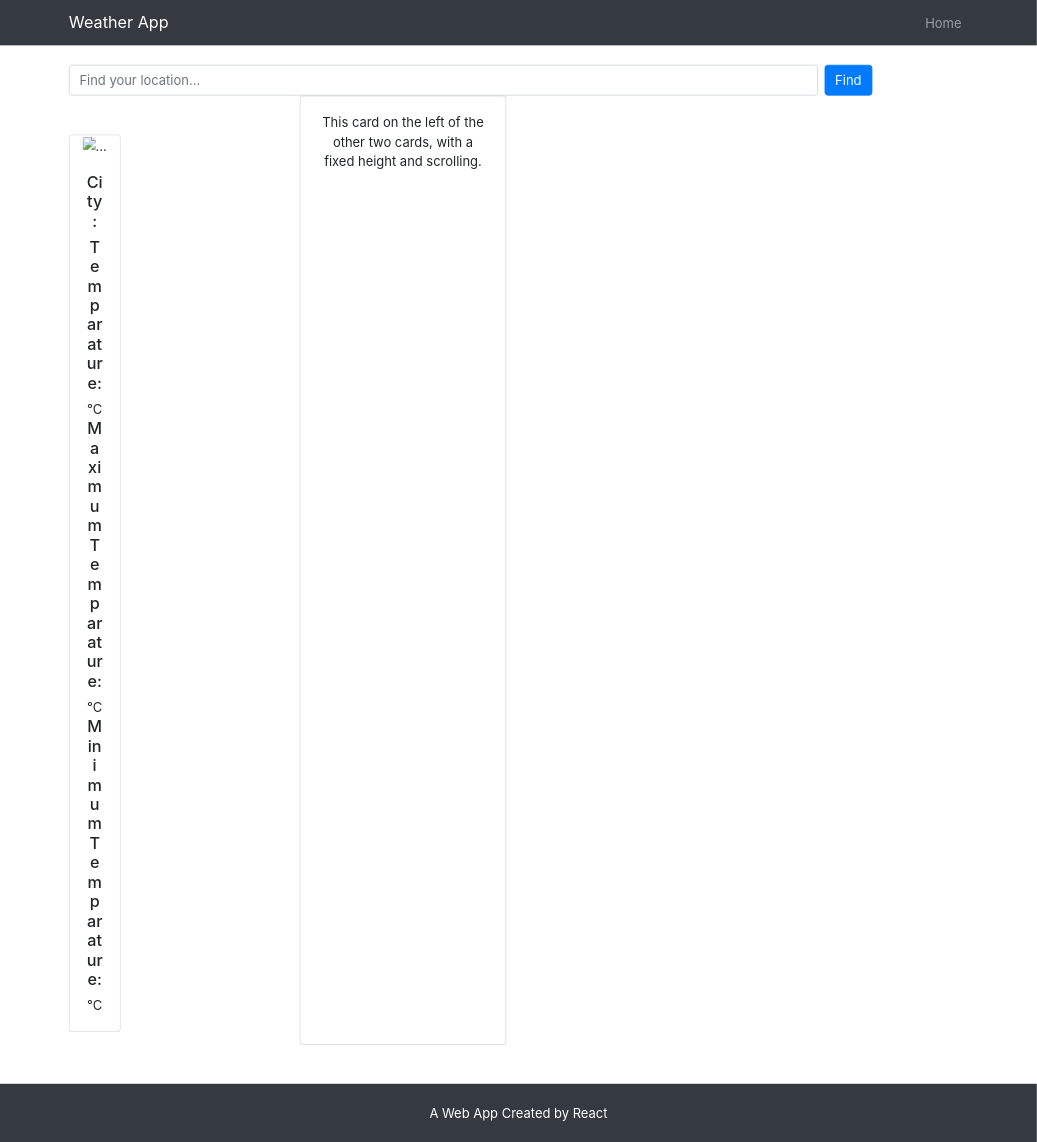
Repository: smk87/weather-app-react
Page: /
An editor plug-in stored every save of this project. The page is shown before and after the next save, followed by the edit.
The browser window is 1280 px wide. The pictures show the whole page, at 81% of full size.
The page's requests for data from a server got no answer. Some web libraries are served in a nearby version. The project was rebuilt for these pictures with package versions that can differ from the ones it lists, and the page was loaded fresh each time. A package was used in the major version that the imports need, not the one package.json lists. No one was signed in, and anything a server would have sent is missing.

Above is the page before, as saved 2019-02-06 18:02:49.

### public/index.html
<!DOCTYPE html>
<html lang="en">
  <head>
    <meta charset="utf-8" />
    <link rel="shortcut icon" href="%PUBLIC_URL%/favicon.ico" />
    <meta
      name="viewport"
      content="width=device-width, initial-scale=1, shrink-to-fit=no"
    />
    <meta name="theme-color" content="#000000" />
    <!--
      manifest.json provides metadata used when your web app is added to the
      homescreen on Android. See https://developers.google.com/web/fundamentals/web-app-manifest/
    -->
    <link rel="manifest" href="%PUBLIC_URL%/manifest.json" />
    <link
      rel="stylesheet"
      href="https://stackpath.bootstrapcdn.com/bootstrap/4.2.1/css/bootstrap.min.css"
      integrity="sha384-GJzZqFGwb1QTTN6wy59ffF1BuGJpLSa9DkKMp0DgiMDm4iYMj70gZWKYbI706tWS"
      crossorigin="anonymous"
    />
    <script
      defer
      src="https://use.fontawesome.com/releases/v5.6.3/js/all.js"
      integrity="sha384-EIHISlAOj4zgYieurP0SdoiBYfGJKkgWedPHH4jCzpCXLmzVsw1ouK59MuUtP4a1"
      crossorigin="anonymous"
    ></script>
    <!--
      Notice the use of %PUBLIC_URL% in the tags above.
      It will be replaced with the URL of the `public` folder during the build.
      Only files inside the `public` folder can be referenced from the HTML.

      Unlike "/favicon.ico" or "favicon.ico", "%PUBLIC_URL%/favicon.ico" will
      work correctly both with client-side routing and a non-root public URL.
      Learn how to configure a non-root public URL by running `npm run build`.
    -->
    <title>React App</title>
  </head>
  <body>
    <noscript>You need to enable JavaScript to run this app.</noscript>
    <div id="root"></div>
    <!--
      This HTML file is a template.
      If you open it directly in the browser, you will see an empty page.

      You can add webfonts, meta tags, or analytics to this file.
      The build step will place the bundled scripts into the <body> tag.

      To begin the development, run `npm start` or `yarn start`.
      To create a production bundle, use `npm run build` or `yarn build`.
    -->

    <script
      src="https://code.jquery.com/jquery-3.3.1.slim.min.js"
      integrity="sha384-q8i/X+965DzO0rT7abK41JStQIAqVgRVzpbzo5smXKp4YfRvH+8abtTE1Pi6jizo"
      crossorigin="anonymous"
    ></script>
    <script
      src="https://cdnjs.cloudflare.com/ajax/libs/popper.js/1.14.6/umd/popper.min.js"
      integrity="sha384-wHAiFfRlMFy6i5SRaxvfOCifBUQy1xHdJ/yoi7FRNXMRBu5WHdZYu1hA6ZOblgut"
      crossorigin="anonymous"
    ></script>
    <script
      src="https://stackpath.bootstrapcdn.com/bootstrap/4.2.1/js/bootstrap.min.js"
      integrity="sha384-B0UglyR+jN6CkvvICOB2joaf5I4l3gm9GU6Hc1og6Ls7i6U/mkkaduKaBhlAXv9k"
      crossorigin="anonymous"
    ></script>
  </body>
</html>

### src/App.js
import React, { Component } from "react";
import { BrowserRouter as Router, Route, Switch } from "react-router-dom";
import logo from "./logo.svg";
import "./App.css";

//Import Layout Components
import NavBar from "./components/NavBar";
import Footer from "./components/Footer";
import Home from "./components/Home";

class App extends Component {
  render() {
    return (
      <Router>
        <div className="App">
          <NavBar />
          <Route exact path="/" component={Home} />
          <Footer />
        </div>
      </Router>
    );
  }
}

export default App;

### src/components/NavBar.js
import React, { Component } from "react";
import { Link } from "react-router-dom";

export default class NavBar extends Component {
  render() {
    return (
      <div>
        <nav className="navbar navbar-expand-sm navbar-dark bg-dark mb-4">
          <div className="container">
            <Link className="navbar-brand" to="/">
              Weather App
            </Link>
            <button
              className="navbar-toggler"
              type="button"
              data-toggle="collapse"
              data-target="#mobile-nav"
            >
              <span className="navbar-toggler-icon" />
            </button>

            <div className="collapse navbar-collapse" id="mobile-nav">
              <ul className="navbar-nav mr-auto" />
              <ul className="navbar-nav ml-auto">
                <li className="nav-item">
                  <Link className="nav-link" to="/">
                    Home
                  </Link>
                </li>
              </ul>
            </div>
          </div>
        </nav>
      </div>
    );
  }
}

### src/components/Footer.js
import React from "react";

export default function Footer() {
  return (
    <footer className="bg-dark text-white mt-5 p-4 text-center">
      A Web App Created by React
    </footer>
  );
}

### src/components/Home.js
import React, { Component } from "react";
import { Link } from "react-router-dom";
import Weather from "./Weather";

export default class Home extends Component {
  constructor() {
    super();

    this.state = {
      search: ""
    };
  }
  onChange = e => {
    this.setState({
      [e.target.name]: e.target.value
    });
  };
  onSubmit = e => {
    e.preventDefault();
    console.log(this.state);
  };

  render() {
    return (
      <div>
        <div className="container">
          <form onSubmit={this.onSubmit} action="#" className="form-inline">
            <input
              type="text"
              name="search"
              className="form-control col-md-10"
              placeholder="Find your location..."
              value={this.state.search}
              onChange={this.onChange}
            />
            <input
              type="submit"
              className="ml-2 btn btn-primary"
              value="Find"
            />
          </form>

          <div className="row">
            <div className="col col-md-3">
              <div>
                <p>
                  <Weather id="2344116" />
                </p>
              </div>
            </div>
            <div className="col col-md-3">
              <div class="card h-100">
                <p class="card-body">
                  This card on the left of the other two cards, with a fixed
                  height and scrolling.
                </p>
              </div>
            </div>
          </div>
        </div>
      </div>
    );
  }
}

### src/components/Weather.js
import React, { Component } from "react";
import axios from "axios";

export default class Weather extends Component {
  constructor() {
    super();

    this.state = {
      cityname: "",
      id: "",
      temp: "",
      maxtemp: "",
      mintemp: "",
      logo: ""
    };
  }

  componentWillMount() {
    this.setState({ id: this.props.id });

    const url = `weather/weather.php?command=location&woeid=${this.props.id}`;
    // console.log(url);
    axios
      .get(url) //Used proxy to connect with local wamp server
      .then(res => {
        console.log(res.data);

        switch (res.data.consolidated_weather[0].weather_state_name) {
          case "Snow":
            this.setState({
              logo: "https://www.metaweather.com/static/img/weather/sn.svg"
            });
            break;
          case "Sleet":
            this.setState({
              logo: "https://www.metaweather.com/static/img/weather/sl.svg"
            });
            break;
          case "Hail":
            this.setState({
              logo: "https://www.metaweather.com/static/img/weather/h.svg"
            });
            break;
          case "Thunderstorm":
            this.setState({
              logo: "https://www.metaweather.com/static/img/weather/t.svg"
            });
            break;
          case "Heavy Rain":
            this.setState({
              logo: "https://www.metaweather.com/static/img/weather/hr.svg"
            });
            break;
          case "Light Rain":
            this.setState({
              logo: `https://www.metaweather.com/static/img/weather/lr.svg`
            });
            break;
          case "Showers":
            this.setState({
              logo: "https://www.metaweather.com/static/img/weather/s.svg"
            });
            break;
          case "Heavy Cloud":
            this.setState({
              logo: "https://www.metaweather.com/static/img/weather/hc.svg"
            });
            break;
          case "Light Cloud":
            this.setState({
              logo: "https://www.metaweather.com/static/img/weather/lc.svg"
            });
            break;
          case "Clear":
            this.setState({
              logo: "https://www.metaweather.com/static/img/weather/c.svg"
            });
            break;
        }
        this.setState({
          cityname: res.data.title,
          temp: res.data.consolidated_weather[0].the_temp.toPrecision(3),
          maxtemp: res.data.consolidated_weather[0].max_temp.toPrecision(3),
          mintemp: res.data.consolidated_weather[0].min_temp.toPrecision(3)
        });
      })
      .catch(err => console.log(err));
  }

  render() {
    return (
      <div className="mt-5 mr-2 h-50 w-25 card">
        <div>
          <img src={this.state.logo} className="card-img-top" alt="..." />
        </div>
        <div className="card-body">
          <div className="card-text">
            <h5>City: </h5> {this.state.cityname}
          </div>
          <div className="card-text">
            <h5>Temparature: </h5> {this.state.temp}
            <span>&#8451;</span>
          </div>
          <div className="card-text">
            {" "}
            <h5>Maximum Temparature: </h5> {this.state.maxtemp}
            <span>&#8451;</span>
          </div>
          <div className="card-text">
            {" "}
            <h5>Minimum Temparature: </h5>
            {this.state.mintemp}
            <span>&#8451;</span>
          </div>
        </div>
      </div>
    );
  }
}

Loaded but not shown: src/index.js (common file); src/index.css (common file); src/serviceWorker.js (common file); src/App.css (common file)

After the next save:
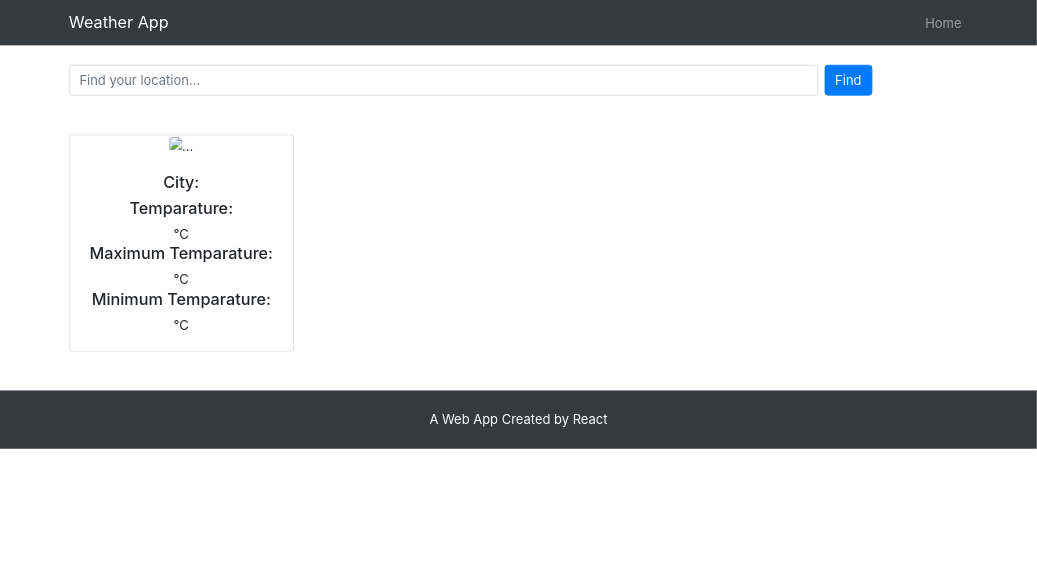
Saved 19 s later.
--- a/src/components/Home.js
+++ b/src/components/Home.js
@@ -39,24 +39,7 @@ export default class Home extends Component {
               value="Find"
             />
           </form>
-
-          <div className="row">
-            <div className="col col-md-3">
-              <div>
-                <p>
-                  <Weather id="2344116" />
-                </p>
-              </div>
-            </div>
-            <div className="col col-md-3">
-              <div class="card h-100">
-                <p class="card-body">
-                  This card on the left of the other two cards, with a fixed
-                  height and scrolling.
-                </p>
-              </div>
-            </div>
-          </div>
+          <Weather id="2344116" />
         </div>
       </div>
     );
